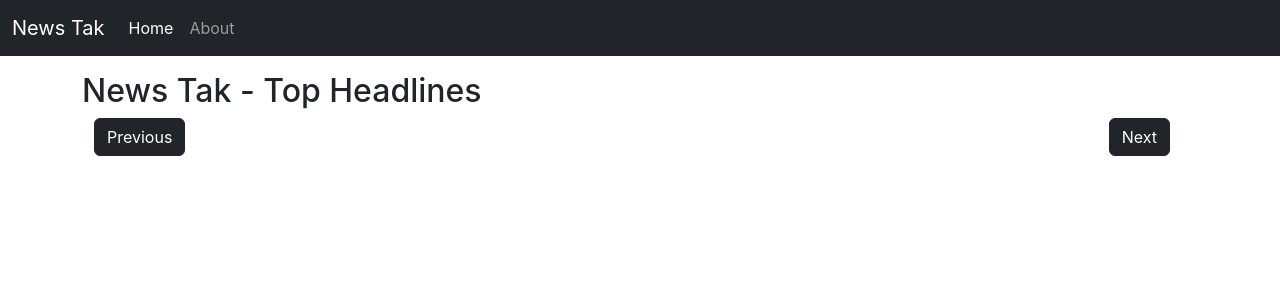
Repository: Rohit-foryou/News-website
Page: /entertainment
These files come from the project's save history. The page is drawn as it stood at one moment and after the next save; the edit follows.
The browser window is 1280 px wide. The pictures show the whole page.
The page's requests for data from a server got no answer. The project was rebuilt for these pictures with package versions that can differ from the ones it lists, and the page was loaded fresh each time. No one was signed in, and anything a server would have sent is missing. Also part of the build but not shown: src/Components/NewsItem.js.

Above is the page before, as saved 2023-12-22 20:39:13.

### public/index.html
<!DOCTYPE html>
<html lang="en">
  <head>
    <meta charset="utf-8" />
    <link rel="icon" href="%PUBLIC_URL%/favicon.ico" />
    <meta name="viewport" content="width=device-width, initial-scale=1" />
    <meta name="theme-color" content="#000000" />
    <meta
      name="description"
      content="News Tak is used to see latest news fast and easy"
    />
    <link rel="apple-touch-icon" href="%PUBLIC_URL%/logo192.png" />
    <!--
      manifest.json provides metadata used when your web app is installed on a
      user's mobile device or desktop. See https://developers.google.com/web/fundamentals/web-app-manifest/
    -->
    <link rel="manifest" href="%PUBLIC_URL%/manifest.json" />
    <!--
      Notice the use of %PUBLIC_URL% in the tags above.
      It will be replaced with the URL of the `public` folder during the build.
      Only files inside the `public` folder can be referenced from the HTML.

      Unlike "/favicon.ico" or "favicon.ico", "%PUBLIC_URL%/favicon.ico" will
      work correctly both with client-side routing and a non-root public URL.
      Learn how to configure a non-root public URL by running `npm run build`.
    -->
    <title>News Tak</title>
    <link href="https://cdn.jsdelivr.net/npm/bootstrap@5.3.2/dist/css/bootstrap.min.css" rel="stylesheet" integrity="sha384-T3c6CoIi6uLrA9TneNEoa7RxnatzjcDSCmG1MXxSR1GAsXEV/Dwwykc2MPK8M2HN" crossorigin="anonymous">
  </head>
  <body>
    <noscript>You need to enable JavaScript to run this app.</noscript>
    <div id="root"></div>
    <!--
      This HTML file is a template.
      If you open it directly in the browser, you will see an empty page.

      You can add webfonts, meta tags, or analytics to this file.
      The build step will place the bundled scripts into the <body> tag.

      To begin the development, run `npm start` or `yarn start`.
      To create a production bundle, use `npm run build` or `yarn build`.
    -->
    <script src="https://cdn.jsdelivr.net/npm/bootstrap@5.3.2/dist/js/bootstrap.bundle.min.js" integrity="sha384-C6RzsynM9kWDrMNeT87bh95OGNyZPhcTNXj1NW7RuBCsyN/o0jlpcV8Qyq46cDfL" crossorigin="anonymous"></script>
  </body>
</html>

### src/App.js
import React, { Component } from 'react'
import NavBar from './Components/NavBar'
import News from './Components/News'

export class App extends Component {
  render() {
    return (
      <div>
        <NavBar/>
        <News/>
      </div>
    )
  }
}

export default App

### src/Components/NavBar.js
import React, { Component } from 'react'

export default class NavBar extends Component {
  render() {
    return (
      <div>
        <nav className="navbar navbar-expand-lg navbar-dark bg-dark">
            <div className="container-fluid">
                <a className="navbar-brand" href="/">News Tak</a>
                <button className="navbar-toggler" type="button" data-bs-toggle="collapse" data-bs-target="#navbarSupportedContent" aria-controls="navbarSupportedContent" aria-expanded="false" aria-label="Toggle navigation">
                <span className="navbar-toggler-icon"></span>
                </button>
                <div className="collapse navbar-collapse" id="navbarSupportedContent">
                <ul className="navbar-nav me-auto mb-2 mb-lg-0">
                    <li className="nav-item">
                    <a className="nav-link active" aria-current="page" href="/">Home</a>
                    </li>
                    <li className="nav-item">
                    <a className="nav-link" href="/about">About</a>
                    </li>
                </ul>
                </div>
            </div>
        </nav>
      </div>
    )
  }
}

### src/Components/News.js
import React, { Component } from "react";
import NewsItem from "./NewsItem";

export class News extends Component {

  constructor() {
    super();
    console.log("hello i am constructor");
    this.state = {
      articles: [],
      loading: false,
      page: 1
    };
  }

 async componentDidMount(){
    let url = "https://newsapi.org/v2/top-headlines?country=in&apiKey=fa3dbec13bb44cd2a222250b4aea8871"
    let data = await fetch(url);
    let parsedData = await data.json()
    console.log(parsedData)
    this.setState({articles: parsedData.articles})
  }
  render() {
    return (
      <div className="container my-3">
        <h2>News Tak - Top Headlines</h2>

        <div className="row">
        {this.state.articles.map((element)=>{
            return <div className="col-md-4" key={element.url}>
            <NewsItem
              title={element.title?element.title.slice(0,45):""}
              description={element.description?element.description.slice(0,83):""}
              imgUrl={element.urlToImage}
              newsUrl = {element.url}
            />
          </div>
        })}

        </div>
        <div className="container d-flex justify-content-between">
            <button type="button" className="btn btn-dark">Previous</button>
            <button type="button" className="btn btn-dark mx-3">Next</button>
        </div>
      </div>
    );
  }
}

export default News;

Loaded but not shown: src/index.js (common file); src/index.css (common file); src/reportWebVitals.js (common file)

After the next save:
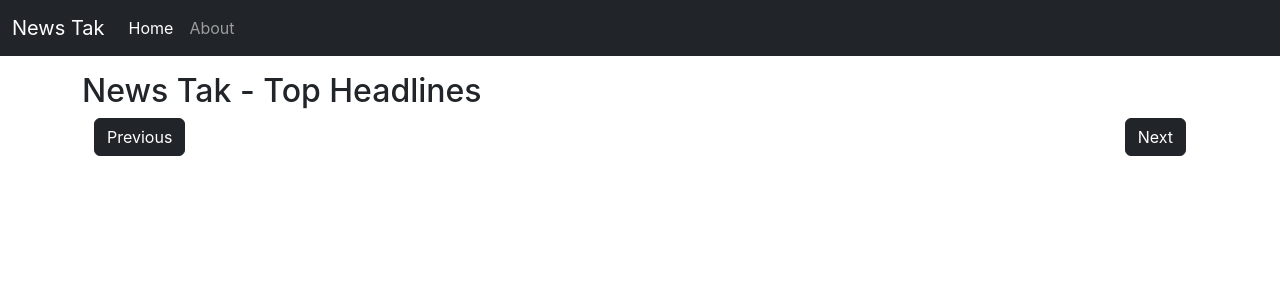
Saved 7 s later.
--- a/src/Components/News.js
+++ b/src/Components/News.js
@@ -40,7 +40,7 @@ export class News extends Component {
         </div>
         <div className="container d-flex justify-content-between">
             <button type="button" className="btn btn-dark">Previous</button>
-            <button type="button" className="btn btn-dark mx-3">Next</button>
+            <button type="button" className="btn btn-dark">Next</button>
         </div>
       </div>
     );
